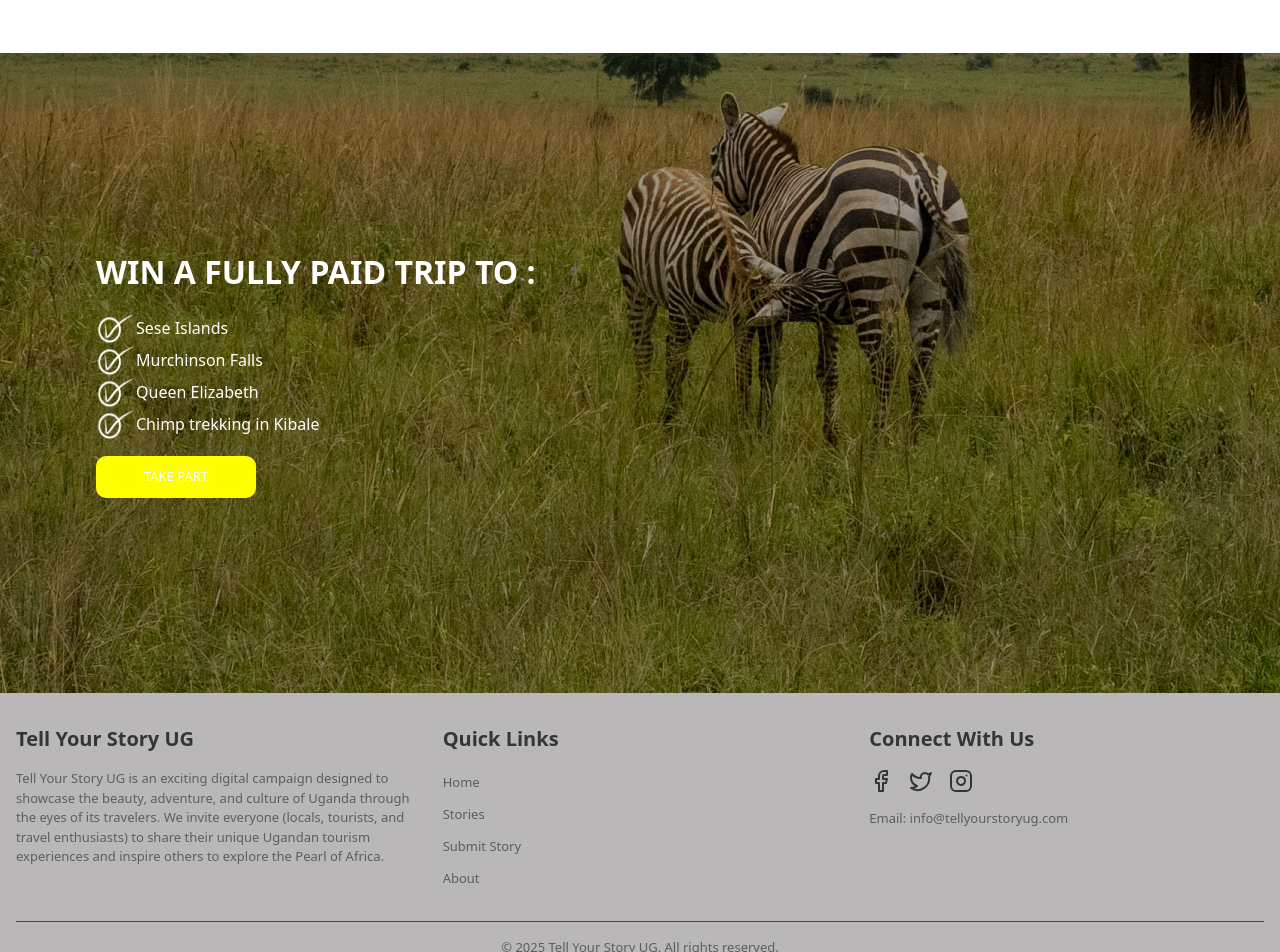
Repository: kaizoku010/take.part
Page: /
An editor plug-in stored every save of this project. The page is shown before and after the next save, followed by the edit.
The browser window is 1280 px wide. The pictures show the part of the page from y = 2598 to 3550 px (the page is 3588 px tall).
The pointer rests on the first visible `.take-part`.
Backgrounds fixed to the window are drawn as part of the page. The project was rebuilt for these pictures with package versions that can differ from the ones it lists, and the page was loaded fresh each time. Also part of the build but not shown: vite.config.ts, src/components/ui/tooltip.tsx, src/pages/About.tsx, src/components/ui/input.tsx, src/pages/Stories.tsx, src/pages/StoryDetail.tsx, src/components/ui/use-toast.ts, src/components/ui/label.tsx and 4 more.

Above is the page before, as saved 2025-04-14 15:34:48.

After the next save:
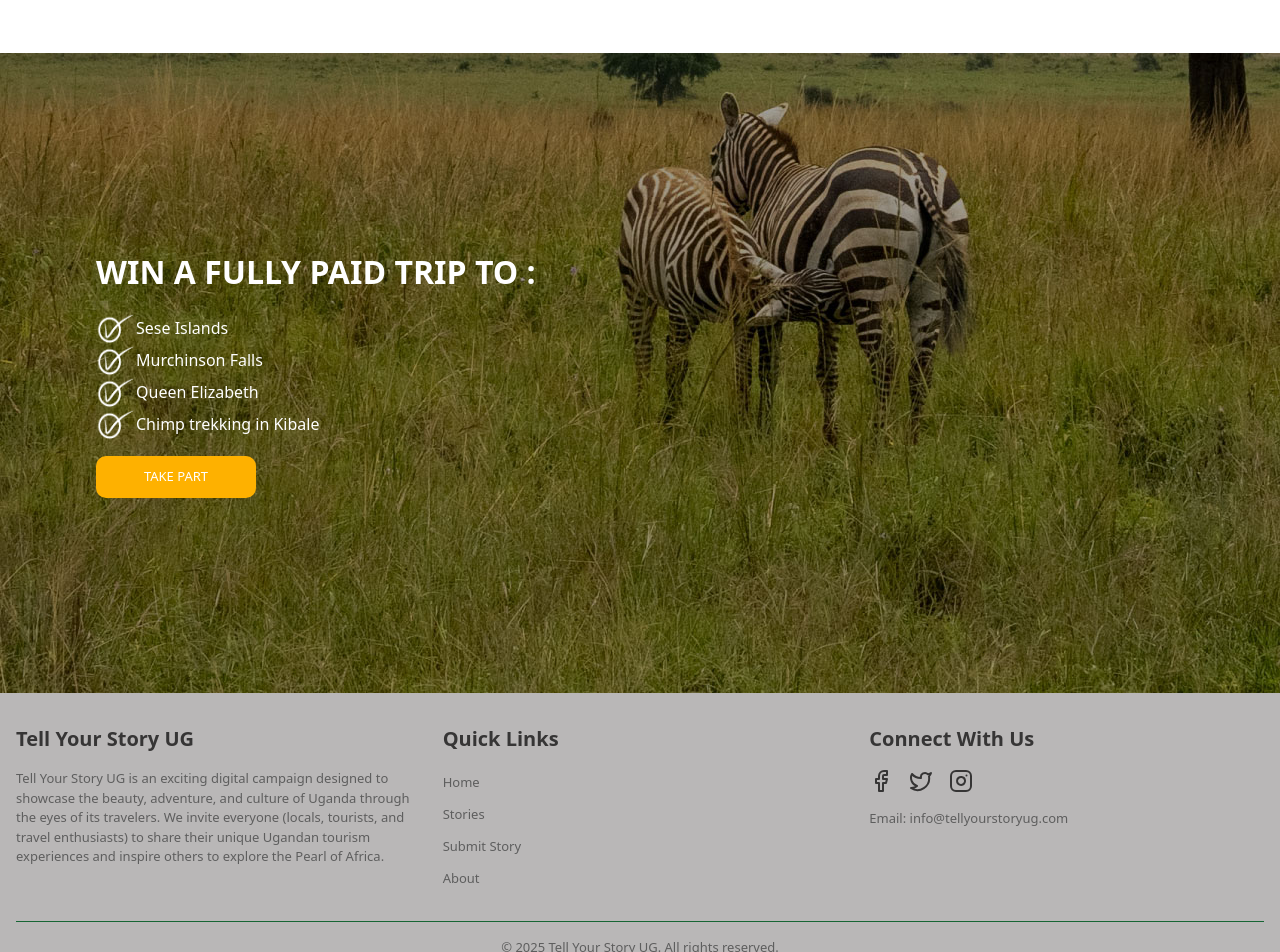
Saved 21 s later.
--- a/src/mdx.css
+++ b/src/mdx.css
@@ -109,5 +109,5 @@ flex-direction: column;
 }
 
 .take-part:hover{
-background-color: yellow;
+background-color: #feb100 !important;
 }
